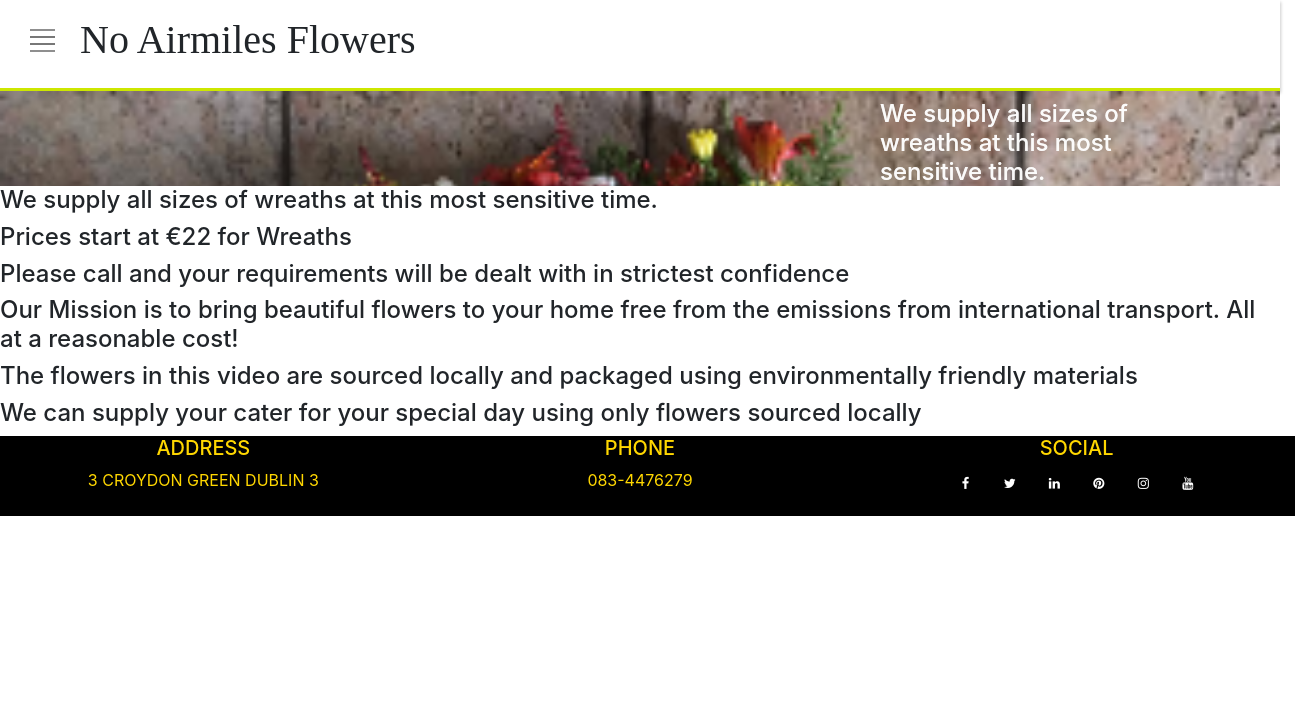
Repository: ConorTC1990/Flowers
Page: wreaths.html
The author's editor kept a record of every edit. The page is drawn from the files as they stood at one moment, then again after the next edit.
The browser window is 1280 px wide. The page is 1295 px wide, so the pictures cover 1295 px, including what lies to the right of the window. The pictures show the whole page.
Some web libraries are served in a nearby version.

Above is the page before.

After the next edit:
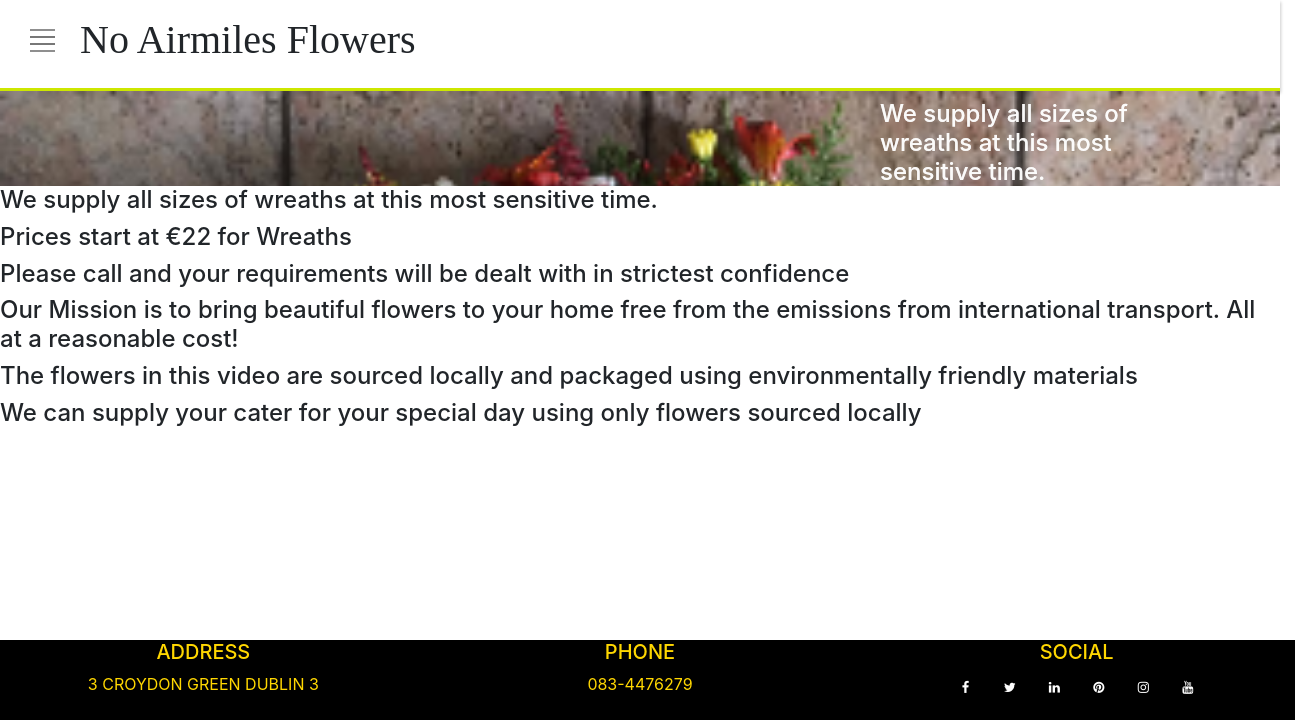
The edit:
--- a/wreaths.html
+++ b/wreaths.html
@@ -84,7 +84,7 @@
 
 		</div>
 
-<footer class="container-fluid wreathfooter">
+<footer class="container-fluid wreathfooter1">
         <div id="footer-details" class="row">
             <div class="col-sm-4">
                 <h5 class="uppercase general-sub">Address</h5>
